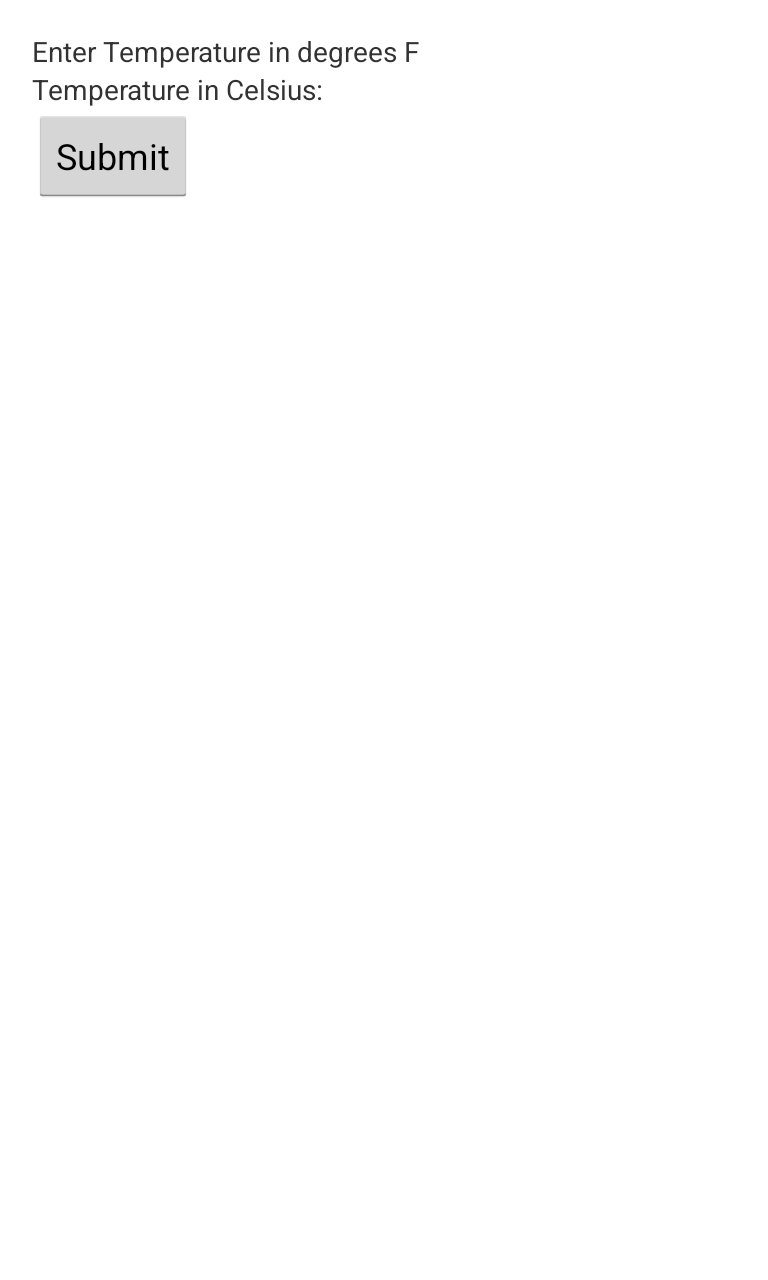
Repository: PatKelsh/IS-413
Layout: TempConverter/res/layout/activity_main.xml
The author's editor kept a copy of each file at every save. The layout is drawn from the files as they stood at one save, then again after the next save.
It is drawn on a 768 x 1280 px phone screen (xhdpi) without system bars, with theme AppTheme; the app's code is not run.

Above is the layout before, as saved 2015-02-18 02:48:47.

### TempConverter/res/layout/activity_main.xml
<RelativeLayout xmlns:android="http://schemas.android.com/apk/res/android"
    xmlns:tools="http://schemas.android.com/tools"
    android:layout_width="match_parent"
    android:layout_height="match_parent"
    android:paddingBottom="@dimen/activity_vertical_margin"
    android:paddingLeft="@dimen/activity_horizontal_margin"
    android:paddingRight="@dimen/activity_horizontal_margin"
    android:paddingTop="@dimen/activity_vertical_margin"
    tools:context="edu.tempconverter.MainActivity" >

    <TextView
        android:id="@+id/request"
        android:layout_width="wrap_content"
        android:layout_height="wrap_content"
        android:text="@string/request" />

    <TextView
        android:id="@+id/response"
        android:layout_width="wrap_content"
        android:layout_height="wrap_content"
        android:layout_below="@id/request"
        android:text="@string/response"/>

    <EditText
        android:id="@+id/entry"
        android:layout_width="wrap_content"
        android:layout_height="0pt"
        android:layout_below="@id/response"/>

    <Button
        android:layout_width="wrap_content"
        android:layout_height="wrap_content"
        android:layout_below="@id/entry"
        android:textSize="8pt"
        android:text="@string/submit" />
</RelativeLayout>

### TempConverter/res/values/strings.xml
<?xml version="1.0" encoding="utf-8"?>
<resources>

    <string name="app_name">Temp Converter</string>
    <string name="hello_world">Hello world!</string>
    <string name="action_settings">Settings</string>

    <string name="request">Enter Temperature in degrees F</string>
    <string name="response">Temperature in Celsius: </string>
    <string name="submit">Submit</string>

</resources>

Loaded but not shown: TempConverter/res/values/styles.xml (common file); TempConverter/res/values-v11/styles.xml (common file); TempConverter/res/values-v14/styles.xml (common file); TempConverter/res/values/dimens.xml (common file); TempConverter/res/values-w820dp/dimens.xml (common file)

After the next save:
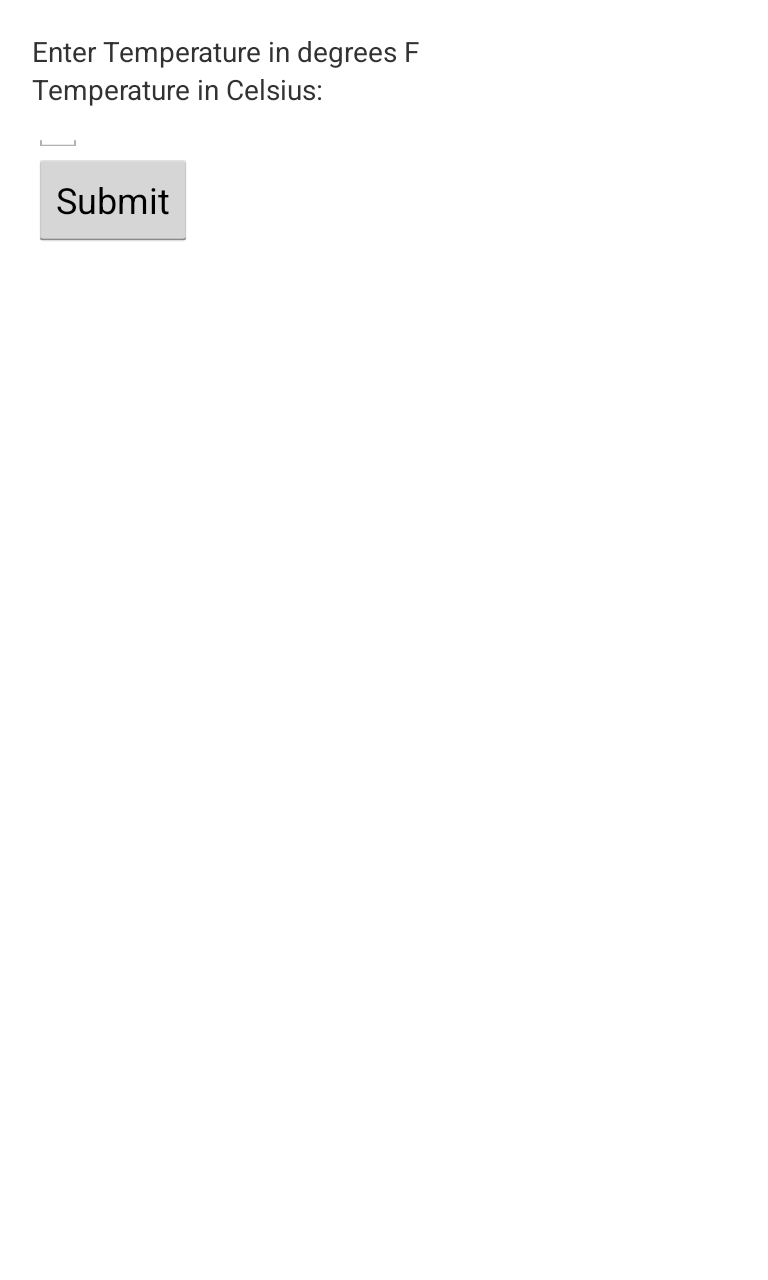
Saved 12 s later.
--- a/TempConverter/res/layout/activity_main.xml
+++ b/TempConverter/res/layout/activity_main.xml
@@ -24,7 +24,7 @@
     <EditText
         android:id="@+id/entry"
         android:layout_width="wrap_content"
-        android:layout_height="0pt"
+        android:layout_height="10pt"
         android:layout_below="@id/response"/>
 
     <Button
